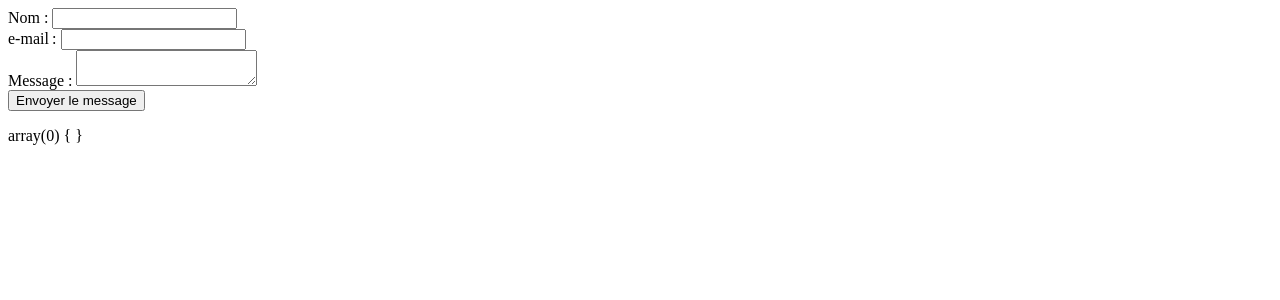
Repository: Val712/quete-Formulaires
Page: http://localhost/form.php
The author's editor kept a copy of each file at every save. The page is drawn from the files as they stood at one save, then again after the next save.
The browser window is 1280 px wide. The pictures show the whole page.
The page is run by PHP 8.4 with error messages shown; the project is at /var/www/html/.

Above is the page before, as saved 2019-08-24 17:02:51.

### form.php
<form  action="form.php"  method="post">
    <div>
        <label for="name">Nom :</label>
        <input type="text" id="name" name="user_name" value="">
    </div>
    <div>
        <label for="mail">e-mail :</label>
        <input type="email" id="mail" name="user_mail">
    </div>
    <div>
        <label for="msg">Message :</label>
        <textarea id="msg" name="user_message"></textarea>
    </div>

    <div class="button">
        <button type="submit">Envoyer le message</button>
    </div>
</form>


<?php
  var_dump($_POST);
?>

After the next save:
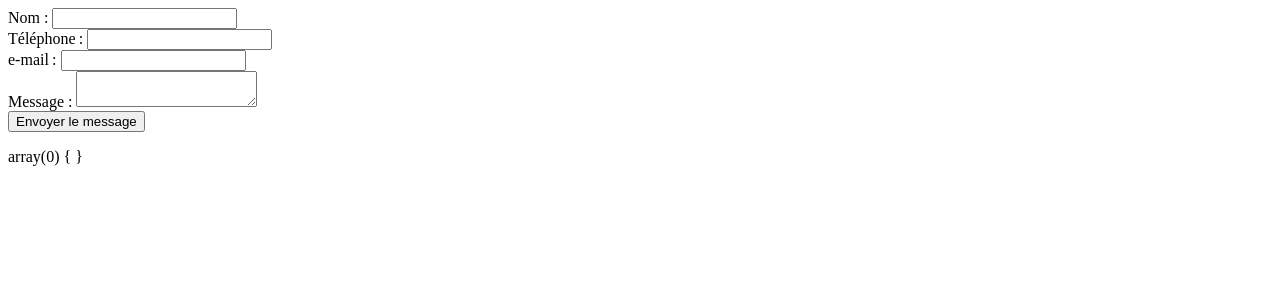
Saved 9 h 23 min later.
--- a/form.php
+++ b/form.php
@@ -2,6 +2,10 @@
     <div>
         <label for="name">Nom :</label>
         <input type="text" id="name" name="user_name" value="">
+    </div>
+    <div>
+        <label for="tel">Téléphone :</label>
+        <input type="tel" id="tel" name="user_tel">
     </div>
     <div>
         <label for="mail">e-mail :</label>
